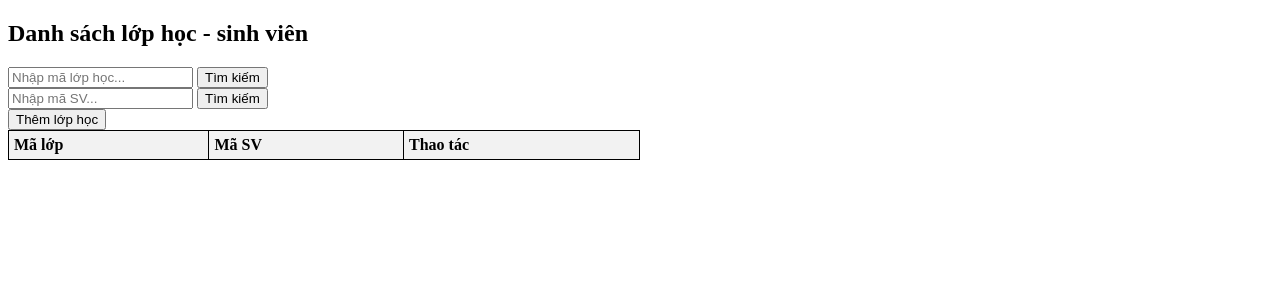
Repository: thuynvm1610/JavaWeb_Nhom06_SICT-portal_Backup
Page: http://localhost/SICT-portal/view/admin/student_classroomList.jsp
An editor plug-in stored every save of this project. The page is shown before and after the next save, followed by the edit.
The browser window is 1280 px wide. The pictures show the whole page.
The page is served by Tomcat 9. The template is opened directly, without the code that normally fills it, so the values that code supplies are empty.

Above is the page before, as saved 2025-05-06 11:09:17.

After the next save:
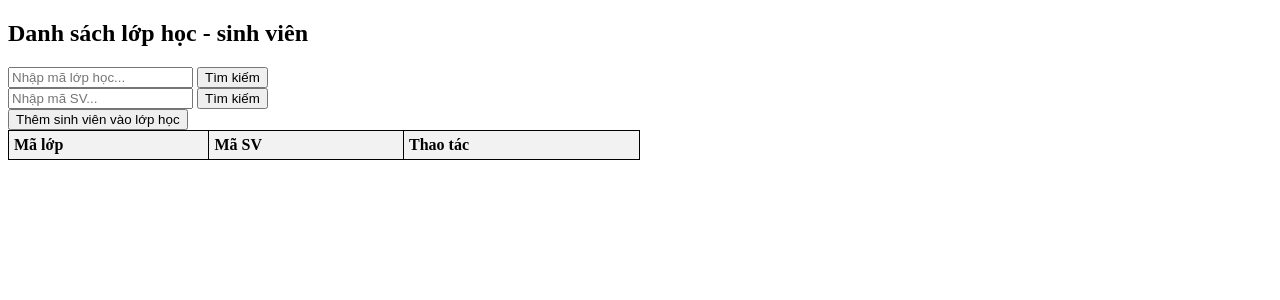
Saved 16 s later.
--- a/SICT-portal/src/main/webapp/view/admin/student_classroomList.jsp
+++ b/SICT-portal/src/main/webapp/view/admin/student_classroomList.jsp
@@ -42,8 +42,8 @@
 		</form>
 		<!-- Nút thêm mới -->
 		<form method="get" action="admin">
-			<input type="hidden" name="action" value="addClassroomForm" />
-			<button type="submit">Thêm lớp học</button>
+			<input type="hidden" name="action" value="addStudent_ClassroomForm" />
+			<button type="submit">Thêm sinh viên vào lớp học</button>
 		</form>
 		<!-- Bảng hiển thị danh sách lớp học - sinh viên -->
 		<table>
